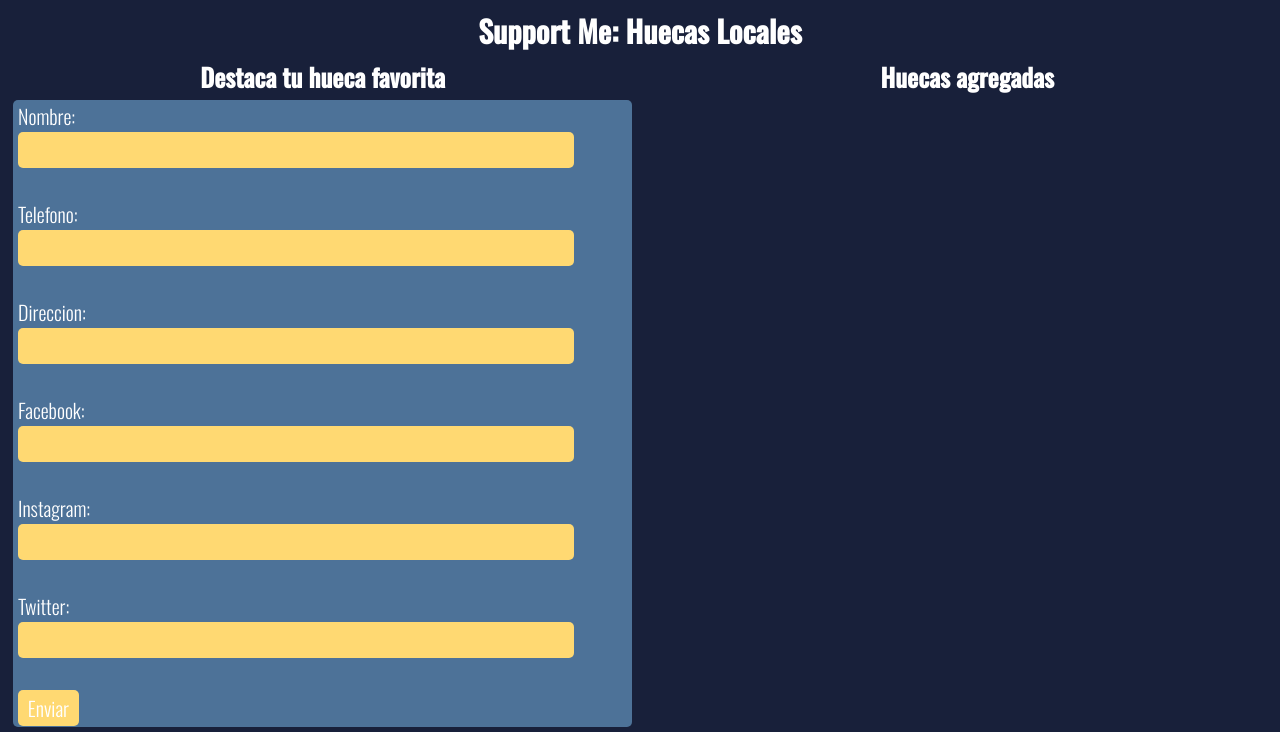
Repository: renzopachecoj/huecas-website
Page: index.html
The author's editor kept a copy of each file at every save. The page is drawn from the files as they stood at one save, then again after the next save.
The browser window is 1280 px wide. The pictures show the whole page.

Above is the page before, as saved 2020-08-01 15:36:32.

After the next save:
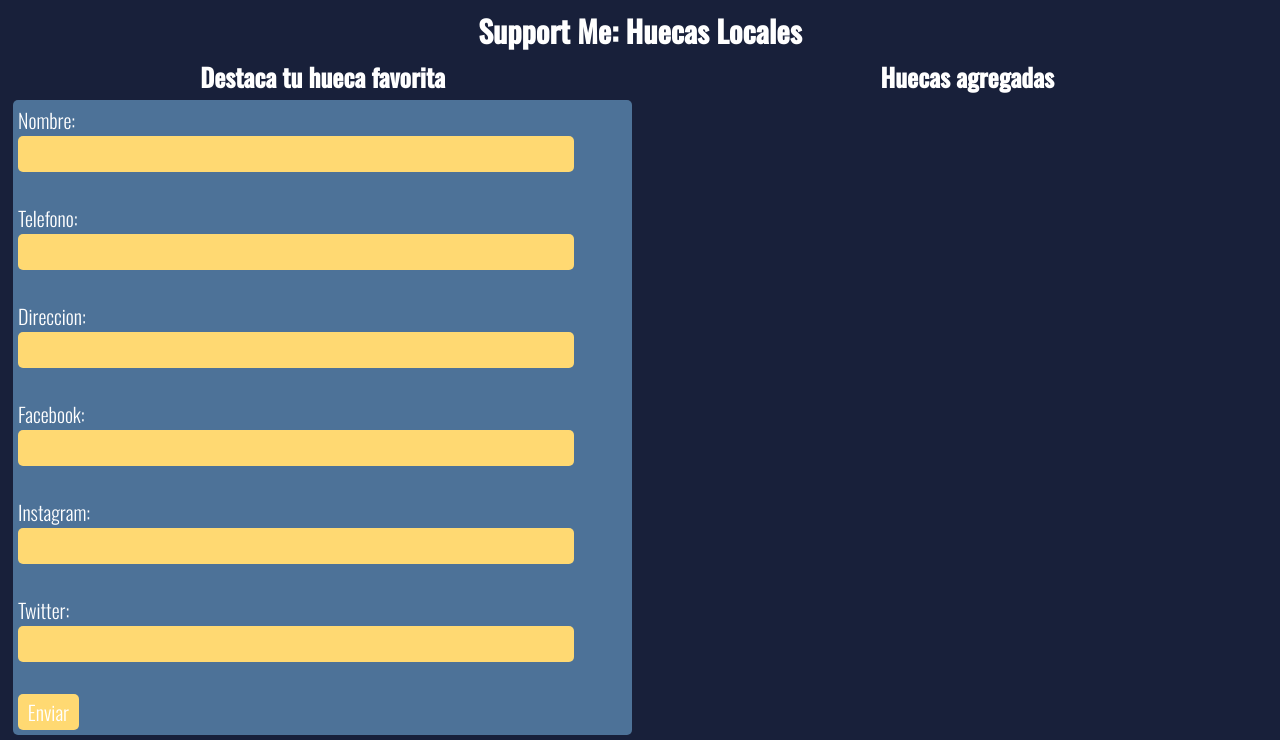
Saved 9 s later.
--- a/styles.css
+++ b/styles.css
@@ -48,7 +48,7 @@ input[value="Enviar"]{
 }
 form{
     background-color: #4D7298;
-    padding: 1px 5px 1px 5px;
+    padding: 5px 5px 5px 5px;
     border-radius: 5px;
     display: flex;
     flex-direction: column;
